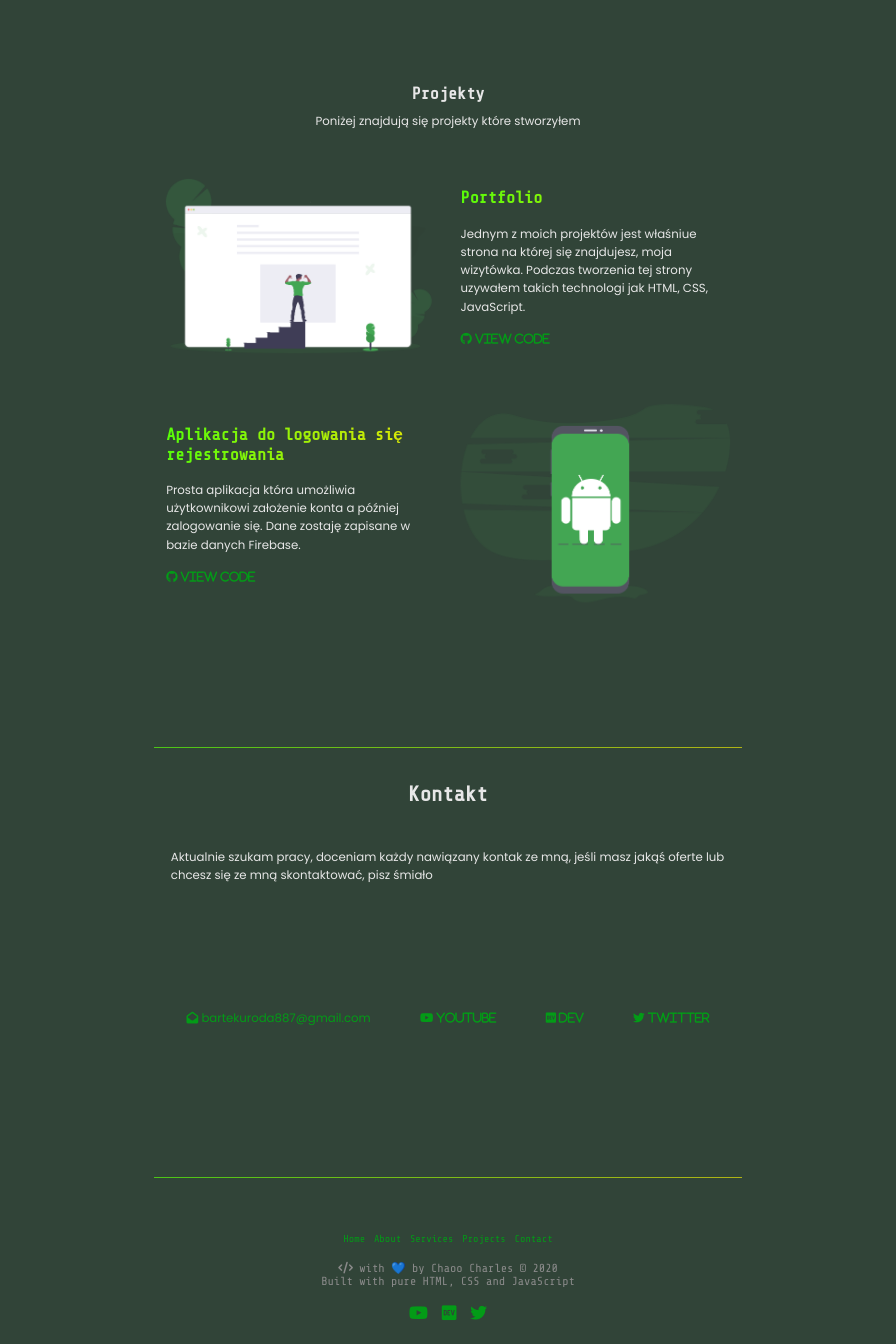
Repository: BartekUroda/portfolio
Page: index.html
These files come from the project's save history. The page is drawn as it stood at one moment and after the next save; the edit follows.
The browser window is 1280 px wide. The pictures show the part of the page from y = 2082 to 4002 px (the page is 4002 px tall), at 70% of full size.
Some web libraries are served in a nearby version.

Above is the page before, as saved 2020-10-27 22:19:02.

### index.html
<!DOCTYPE html>
<html lang="en">
<head>
    <meta charset="UTF-8">
    <meta name="viewport" content="width=device-width, initial-scale=1.0">
    <title>Portfolio | Bartek Uroda</title>
    <link rel="stylesheet" type="text/css" href="css/style.css">
    <link href="https://fonts.googleapis.com/css2?family=Poppins&sfamily=Share+Tech+Mono&display=swap" rel="stylesheet">
    <script src="https://kit.fontawesome.com/056e5c10dc.js" crossorigin="anonymous"></script>
    <link rel="shortcut icon" type="image/x-icon" href="images/favicon.ico" />
</head>
<body>
    <header>
        <div class="container">
            <nav>
                <div class="nav-brand">
                    <a href="index.html">
                        <img src="images/logo.png" alt="Uroda">
                    </a>
                </div>
                <div class="burger-menu-icon">
                    <div class="line1"></div>
                    <div class="line2"></div>
                    <div class="line3"></div>
                </div>
                <ul class="nav-list">
                    <li class="nav-item">
                      <a href="#landing-page">
                        <img
                          src="images/profile.jpeg"
                          alt="Bartek Uroda"
                          class="profile-pic nav-link"
                        >
                        <span class="caption nav-link">Bartek Uroda</span>
                      </a>
                    </li>
                    <li class="nav-item">
                      <a href="#about" class="nav-link">O mnie</a>
                    </li>
                    <li class="nav-item">
                      <a href="#services" class="nav-link">Usługi</a>
                    </li>
                    <li class="nav-item">
                      <a href="#projects" class="nav-link">Projekty</a>
                    </li>
                    <li class="nav-item">
                      <a href="#contact" class="nav-link">Kontakt</a>
                    </li>
                    <li class="nav-item">
                      <a href="https://www.facebook.com/bartlomiej.uroda.3" target="_blank" class="nav-link">
                        <i class="fab fa-facebook"></i>
                      </a>
                      <a href="https://github.com/Urodii" target="_blank" class="nav-link">
                        <i class="fab fa-github"></i>
                      </a>
                      <a href="https://www.youtube.com/channel/UCzT1h5RNvmbtrmKT5hPjyAg?view_as=subscriber" target="_blank" class="nav-link">
                        <i class="fab fa-youtube"></i>
                      </a>
                    </li>
                  </ul>
            </nav>
        </div>
    </header>
    <main>
      <section id="landing-page" class="landing-page">
        <div class="container">
          <div class="main-message">
            <h2>Barłomiej Uroda</h2>
            <h3>Junior Front-End Web Developer</h3>
            <p>Html - CSS - JavaScript - Java</p>
            <div class="intro-btn">
              <div class="cta">
                <a href="#contact" class="btn">Skontaktuj się ze mną!</a>
              </div>
              <div class="cta">
                <a href="#projects" class="btn">Moje Projekty</a>
              </div>
            </div>
            <div>
              <a href="#about" class="scroll-down">
                <i class="fa fa-chevron-down" aria-hidden="true"></i>
              </a>
            </div>
          </div>
        </div>
      </section>
      <section id="about" class="about">
        <div class="container">
          <div class="about-img">
            <img
              src="images/profile.jpeg"
              alt="Bartek Uroda"
              class="about-pic"
            />
          </div>
          <div class="about-text-box">
            <h2>Cześć,</h2>
            <h3>O mnie</h3>
            <p>
              Nazywam się Bartek mam 21 lat, aktulanie studiuje zaocznie informatykę
              na Wyższej Szkole Biznesu w Nowym Sączu, studia te rozpoczołem po roku studiowania
              na Politechnce Krakowskiej na kierunku Fizyki Technicznej, zaliczyłem pierwszy rok na PK
              i wziołem sobie tak zwany Gap Year, studia na Politechnice nie satysfakcjonowały
              mnie więc postanowiłem rozwijać się w kierunku programistycznym. Szybko się uczę a zdobywanie wiedzy sprawia mi przyjemność.
            </p>
            <h3>Umiejętności</h3>
            <p>
              Rozwijam się w takich technologiach jak: HTML, CSS, JavaScript, Java oraz C++,
              tworze reponsywne strony. Znam angielski na
              poziomie C1, uczę się również bezpieczeństwa aplikacji webowych.
              Programowanie to coś z czym chciałbym żeby wiązała się moja przyszłość.
            </p>
            <h3>Zainteresowania</h3>
            <p>
              Sporą część mojego wolnego czasy pochłania sport, lubie jazde na rowerze siłownie oraz klistenike.
              Często spędzam również czas na graniu w gry, głownie jest to Counter-Strike, interesuję się też ITSecurity
              i w wolnym czasie staram się rozwijać w tym kierunku. Lubie podróże a poznawanie nowych
              wartościowych ludzi daje mi sporą motywacje w życiu.
            </p>
          </div>
        </div>
        <hr/>
      </section>
      <section id="services" class="services">
        <div class="container">
          <div class="title-heading">
            <h2>Oferta</h2>
            <p>
              Stworzę dokładnie taką stronę lub aplikacje mobilną jak klient sobie zażyczy.
            </p>
          </div>
          <div class="service-tiers">
            <div class="tier-item">
              <i class="fa fa-code" aria-hidden="true"></i>
              <h2>Web Development</h2>
              <p>
                Modyfikacja istniejących stron internetowych,
                wizytówki internetowe,
                responsywne strony internetowe typu "One Page" oraz "Multi Page",
                blogi internetowe, proste aplikacje webowe
              </p>
            </div>
            <div class="tier-item">
              <i class="fa fa-file-code-o" aria-hidden="true"></i>
              <h2>Responsywne strony</h2>
              <p>
                Strony które tworze są rezponsywne i wyglądają dobrze na każdym urządzeniu,
                niezależlnie jest to komputer, tablet lub telefon.
              </p>
            </div>
            <div class="tier-item">
              <i class="fa fa-mobile" aria-hidden="true"></i>
              <h2>Tworzenie aplikacji na androida</h2>
              <p>
                Potrafię również tworzyć proste aplikacje za pomoca języka Java,
                aplikajce te działają na urządzeniach mobilnych z androidem.
              </p>
            </div>
          </div>
        </div>
        <hr />
      </section>
      <section id="projects" class="projects">
        <div class="title-heading">
          <h2>Projekty</h2>
          <p>Poniżej znajdują się projekty które stworzyłem</p>
        </div>
        <div class="project-item">
          <div class="project-img has-margin-right">
            <img src="images/portfolio.png" />
          </div>
          <div class="project-description">
            <h2>Portfolio</h2>
            <p>
              Jednym z moich projektów jest właśniue strona na której się znajdujesz, moja wizytówka.
              Podczas tworzenia tej strony uzywałem takich technologi jak HTML, CSS, JavaScript.
            </p>
            <a href="https://github.com/Urodii/portfolio" class="project-link" target="_blank"
              ><i class="fa fa-github" aria-hidden="true"> View Code</i></a
            >
          </div>
        </div>
        <div class="project-item">
          <div class="project-description has-margin-right">
            <h2>Aplikacja do logowania się rejestrowania</h2>
            <p>
              Prosta aplikacja która umożliwia użytkownikowi założenie konta a później
              zalogowanie się. Dane zostaję zapisane w bazie danych Firebase.
            </p>
            <a href="https://github.com/Urodii/Login_Register_apk" class="project-link" target="_blank"
              ><i class="fa fa-github" aria-hidden="true"> View Code</i></a
            >
          </div>
          <div class="project-img">
            <img src="images/android.png" />
          </div>
          <hr>
        <!-- </div>
        <div class="project-item">
          <div class="project-img has-margin-right">
            <img src="" />
          </div>
          <div class="project-description">
            <h2>kalkulator</h2>
            <p>
              Prosty kalkulator
            </p>
            <a href="#" class="project-link" target="_blank"
              ><i class="fa fa-github" aria-hidden="true"> View Code</i></a
            >
          </div>
        </div> -->
      </section>
      <section id="contact" class="contact">
        <hr>
        <h2>Kontakt</h2>
        <p>
          Aktualnie szukam pracy, doceniam każdy nawiązany kontak ze mną, jeśli masz
          jakąś oferte lub chcesz się ze mną skontaktować, pisz śmiało
        </p>
        <div class="container">
          <p>
            <a href="bartekuroda887@gmail.com"
              ><i class="fas fa-envelope-open"></i> bartekuroda887@gmail.com</a
            >
          </p>
          <p>
            <a href="#" target="_blank"
              ><i class="fab fa-youtube"> YouTube</i></a
            >
          </p>
          <p>
            <a href="#" target="_blank"><i class="fab fa-dev"> Dev</i></a>
          </p>
          <p>
            <a href="#" target="_blank"
              ><i class="fab fa-twitter"> Twitter</i></a
            >
          </p>
        </div>
        <hr />
      </section>
      <footer>
        <div class="footer-nav">
          <a href="#landing-page" class="footer-nav-link">Home</a>
          <a href="#about" class="footer-nav-link">About</a>
          <a href="#services" class="footer-nav-link">Services</a>
          <a href="projects" class="footer-nav-link">Projects</a>
          <a href="#contact" class="footer-nav-link">Contact</a>
        </div>
        <div class="footer-coded-by">
          <p>
            <i class="fas fa-code"></i> with 💙 by Chaoo Charles &copy; 2020
          </p>
          <p>Built with pure HTML, CSS and JavaScript</p>
        </div>
        <div class="footer-social">
          <a href="#" target="_blank"><i class="fab fa-youtube"></i></a>
          <a href="#" target="_blank"><i class="fab fa-dev"></i></a>
          <a href="#" target="_blank"><i class="fab fa-twitter"></i></a>
        </div>
      </footer>
    </main>
 <script type="text/javascript" src="js/main.js"></script>
</body>
</html>

### css/style.css
/* ----------GLOBAL STYLES---------- */
*,
*::before,
*::after {
  margin: 0;
  padding: 0;
  box-sizing: inherit;
}
html {
    font-family: "Share Tech Mono", monospace;
    font-size: 12px;
    box-sizing: border-box;
    scroll-behavior: smooth;
    color: #e7e7e7;
    background: rgb(49, 68, 56);
}

a {
    text-decoration: none;
    color: rgb(3, 155, 23);
}

a:hover {
    color: rgba(249, 105, 14, 1);
}

ul {
    list-style: none;
}

p {
    font-size: 1.4rem;
}

img {
    width: 100%;
    max-width: 100%;
    height: auto;
}
/* ----------HEADER---------- */
header {
    width: 100%;
    height: 5rem;
    position: absolute;
    top: 0;
    left: 0;
    z-index: 1;
}
.contenier {
    width: 100%;
    max-width: 90rem;
    margin: 0 auto;
    padding: 0 1.5rem;
}
.nav-brand {
    width: 8rem;
}
nav {
    width: 100%;
    display: flex;
    align-items: center;
    justify-content: space-between;
    padding: 1rem 0;
    border-bottom: 2px solid rgba(255, 255, 255, .2);
}
.line1 {
    width: 20px;
    height: 3px;
    margin: 5px 0;
    background: linear-gradient(
      135deg,
      rgb(27, 218, 10) 0%,
      rgb(255, 255, 255) 100%
    );
}
.line2 {
    width: 25px;
    height: 3px;
    background: linear-gradient(
      135deg,
      rgb(27, 218, 10) 0%,
      rgb(255, 255, 255) 100%
    );
}
.line3 {
    width: 30px;
    height: 3px;
    margin: 5px 0;
    background: linear-gradient(
      135deg,
      rgb(27, 218, 10) 0%,
      rgb(255, 255, 255) 100%
    );
}
.burger-menu-icon {
    cursor: pointer;
    z-index: 999;
    position: fixed;
    right: 0;
    top: 0;
    background-color: rgba(67, 145, 47, 0.815);
    padding: 1.2rem;
    border-radius: 0% 0% 0% 40%;
}
.profile-pic {
    height: 9rem;
    width: auto;
    border-radius: 50%;
    display: block;
    margin: 1.5rem 0;
}
.caption {
    display: block;
}
.nav-list {
    width: 24rem;
    height: 100vh;
    background-color:  rgb(69, 85, 75);
    position: fixed;
    top: 0;
    right: -26rem;
    display: flex;
    flex-direction: column;
    align-items: center;
    justify-self: start;
    z-index: 998;
    transition: all 650ms ease-in-out;
}
.nav-list.active {
    right: 0;
}
.nav-item {
    margin: 1.2rem 0;
}
.nav-link {
    opacity: 0;
    font-size: 1.3rem;
    text-transform: uppercase;
    color: #cecece;
    letter-spacing: 1.5px;
}
.nav-link:hover {
    color: rgb(62, 248, 15);
}
.toggle {
    background: none;
}
.toggle .line1 {
    transform: rotate(-45deg) translate(-5px, 6px) scalex(2);
}
.toggle .line2 {
    opacity: 0;
}
.toggle .line3 {
    width: 20px;
    transform: rotate(45deg) translate(-5px, -6px) scalex(2);
    margin-left: 0px;
}
@keyframes navLinkAnimate {
    from{
        opacity: 0;
        transform: translate(50px);
    }
    to{
        opacity: 1;
        transform: translate(0px);
    }
}
/* ----------MAIN---------- */
.landing-page{
    width: 100%;
    height: 100vh;
    background: linear-gradient(
        135deg,
        rgba(50, 58, 52, 0.9) 0%,
        rgba(44, 100, 65, 0.8) 100%
    ),
    url('../images/mainpage.png') center no-repeat;
    background-size: contain;
    position: relative;
}
.main-message {
    width: 100%;
    max-width: 58rem;
    text-transform: uppercase;
    position: absolute;
    left: 50%;
    top: 50%;
    transform: translate(-50%, -50%);
    text-align: center;
}
.main-message h2 {
    letter-spacing: 1.2rem;
    font-size: 2rem;
    font-weight: 400;
    overflow: hidden;
    white-space: nowrap;
    animation: typing 5s steps(33), blink 1s ease-in-out 7s infinite;
    width: 33ch;
    margin: auto;
    border-right: 4px solid rgba(255, 255, 255, 1);
}
@keyframes typing {
    75% {
      width: 0ch;
      color: rgb(178, 249, 14);
    }
    100% {
      width: 33ch;
    }
}
@keyframes blink {
    0% {
      border-right: 4px solid rgba(255, 255, 255, 0);
    }
    100% {
      border-right: 4px solid rgb(194, 194, 194);
    }
}
.main-message h3 {
    font-size: 4rem;
    margin: 1rem 0;
    color: rgba(249, 105, 14, 1);
    background: linear-gradient(
      to right,
      rgb(87, 253, 9) 0%,
      rgb(217, 240, 17) 100%
    );
    -webkit-background-clip: text;
    -webkit-text-fill-color: transparent;
}
.main-message p {
    text-transform: none;
    font-size: 1.7rem;
    font-weight: 400;
}
.intro-btn {
    display: flex;
    justify-content: center;
}
.btn {
    margin: 0 9px;
    background: rgba(3, 155, 155);
    border-radius: 2rem;
    color: #fafafa;
    padding: 1rem 2.5rem;
    display: inline-block;
    margin-top: 2rem;
    transition: background-color 650ms;
    font-weight: 500;
    letter-spacing: 2px;
}
.btn:hover {
    color: #fafafa;
    background-color: rgb(176, 189, 0);
}
.scroll-down i {
    color: #fafafa;
    transition: color 650ms;
    margin-top: 2rem;
    font-size: 3.5rem;
}
.scroll-down i:hover {
    color: rgb(176, 189, 0);
}
/* ----------ABOUT--------- */
.about {
    width: 100%;
    min-height: 100vh;
    max-width: 70rem;
    margin: auto;
}
.about .container {
    display: flex;
    align-items: center;
    min-height: 80vh;
  }
.about-img img {
    height: 12rem;
    width: auto;
    border-radius: 50%;
    margin: 2rem;
    box-shadow: 0 20px 30px 0 rgba(4, 236, 4, 0.397);
  }
.about-text-box {
    flex-grow: 1;
    flex-shrink: 1;
    flex-basis: 0;
}
.about-text-box h2 {
    font-size: 3rem;
    margin-bottom: 15px;
}
.about-text-box h3 {
    font-size: 2rem;
    margin-bottom: 10px;
}
.about-text-box p {
    font-family: "Poppins", sans-serif;
    font-size: 1.4rem;
    padding: 0;
    margin-bottom: 1.45rem;
}
hr {
    margin: 4rem 0;
    background: linear-gradient(
      to right,
      rgb(87, 253, 9) 0%,
      rgb(231, 228, 6) 100%
    );
    border: 0;
    height: 1px;
}
/* ----------SERVICE--------- */
.services {
    padding: 3rem 0;
    min-height: 100vh;
    max-width: 90rem;
    margin: auto;
}
.title-heading {
    text-align: center;
    margin-bottom: 5rem;
}
.title-heading h2 {
    font-size: 2rem;
    margin: 0.5rem 0 1rem 0;
}
.title-heading p {
    font-family: "Poppins", sans-serif;
    margin-bottom: 5rem;
}
.service-tiers {
    display: grid;
    grid-template-columns: repeat(auto-fit, minmax(25rem, 1fr));
    gap: 2.5rem;
}
.tier-item {
    height: 30rem;
    padding: 3rem;
    position: relative;
    display: flex;
    flex-direction: column;
    justify-content: center;
    cursor: default;
}
.tier-item i {
    font-size: 3.5rem;
}
.tier-item h2 {
    font-size: 2rem;
    margin: 2rem 0;
    background: linear-gradient(
      to right,
      rgb(87, 253, 9) 0%,
      rgb(231, 228, 6) 100%
    );
    -webkit-background-clip: text;
    -webkit-text-fill-color: transparent;
}
.tier-item p {
    font-family: "Poppins", sans-serif;
    font-size: 1.4rem;
}
/* ----------PROJECTS--------- */
.projects {
    padding: 3rem 0;
    min-height: 100vh;
    max-width: 70rem;
    margin: auto;
}
.has-margin-right {
    margin: 0 3rem 0 0;
}
.project-item {
    display: flex;
    align-items: center;
    justify-content: center;
    margin: 0 1.45rem 5rem 1.45rem;
}
.project-img {
    flex: 1;
}
.project-description {
    flex: 1;
}
.project-description h2 {
    font-size: 2rem;
    margin: 2rem 0;
    background: linear-gradient(
      to right,
      rgb(87, 253, 9) 0%,
      rgb(231, 228, 6) 100%
    );
    -webkit-background-clip: text;
    -webkit-text-fill-color: transparent;
}
.project-description p {
    font-family: "Poppins", sans-serif;
    font-size: 1.4rem;
}
.project-link:hover {
    color: rgb(231, 228, 6);
}
.project-link {
    display: inline-block;
    margin: 2rem 0;
    font-size: 1.4rem;
}
/* ----------CONTACT--------- */
.contact {
    width: 100%;
    min-height: 100vh;
    max-width: 70rem;
    margin: auto;
    padding-top: 5rem;
}
.contact h2 {
    text-align: center;
    font-size: 2.5rem;
    margin-bottom: 5rem;
}
.contact p {
    font-family: "Poppins", sans-serif;
    font-size: 1.4rem;
    padding: 0;
    margin: 0.9rem 2rem;
}
.contact .container {
    min-height: 50vh;
    display: flex;
    justify-content: space-evenly;
    align-items: center;
}
/* ----------FOOTER--------- */
footer {
    width: 100%;
    max-width: 70rem;
    margin: auto;
    padding: 2.5rem;
    color: #8a8a8a;
    text-align: center;
    font-size: 1.2rem;
    display: flex;
    justify-content: space-evenly;
    flex-direction: column;
}
footer a {
    margin: 0 0.2rem;
}
.footer-coded-by {
    margin: 2rem 0;
}
.footer-social a {
    margin: 0 0.5rem;
    font-size: 2rem;
}
/* ----------RESPONSIVE--------- */
@media (max-width: 767px) {
    .main-message h3 {
      font-size: 3rem;
    }
    .about .container {
      flex-direction: column;
    }
    p {
      font-size: 1.3rem;
    }
    .title-heading {
      margin: 0;
    }

    .services-tiers {
      gap: 0;
    }
    .project-item {
      flex-direction: column;
      align-items: flex-start;
      padding: 2rem;
      box-shadow: 0 20px 30px 0 rgba(212, 255, 255, 0.15);
    }
    .project-img {
      width: 20rem;
    }
}
@media (max-width: 640px) {
    .main-message {
      top: 55%;
    }
    .main-message h2 {
      letter-spacing: 1rem;
      font-size: 1.5rem;
      width: 29ch;
    }

    .main-message h3 {
      font-size: 2rem;
    }

    .main-message p {
      font-size: 1.3rem;
    }
    .btn {
      border-radius: 0.9rem;
      padding: 0.9rem 0.9rem;
    }
    .about-text-box h2 {
      font-size: 3rem;
      margin-bottom: 20px;
    }
    .about-text-box p {
      margin: 0 0 2.45rem;
    }

    .title-heading h2 {
      margin-bottom: 2rem;
    }
    .title-heading p {
      font-size: 1.3rem;
    }

    .contact .container {
      flex-direction: column;
    }

    footer,
    footer p {
      font-size: 1.2rem;
    }
}

### js/main.js
//navbar animation etc
const selectElement = (s) => document.querySelector(s);
const navLinks = document.querySelectorAll(".nav-link");

selectElement(".burger-menu-icon").addEventListener("click", () => {
    selectElement(".nav-list").classList.toggle("active");
    selectElement(".burger-menu-icon").classList.toggle("toggle")

    navLinks.forEach((link, index) => {
        if (link.style.animation){
            link.style.animation = ""
        }else{
            link.style.animation = `navLinkAnimate 0.5s ease forwards ${ index/7 + 0.5}s`
            console.log(index/7 + 0.5)
        }
    })
});
//navbar hiding after choose section
navLinks.forEach(link => {
    link.addEventListener("click", () => {
        selectElement(".nav-list").classList.toggle("active");
        selectElement(".burger-menu-icon").classList.toggle("toggle");

        navLinks.forEach((link, index) => {
            if (link.style.animation){
                link.style.animation = ""
            }else{
                link.style.animation = `navLinkAnimate 0.5s ease forwards ${ index/7 + 0.5}s`
                console.log(index/7 + 0.5)
            }
        })
    })
})

After the next save:
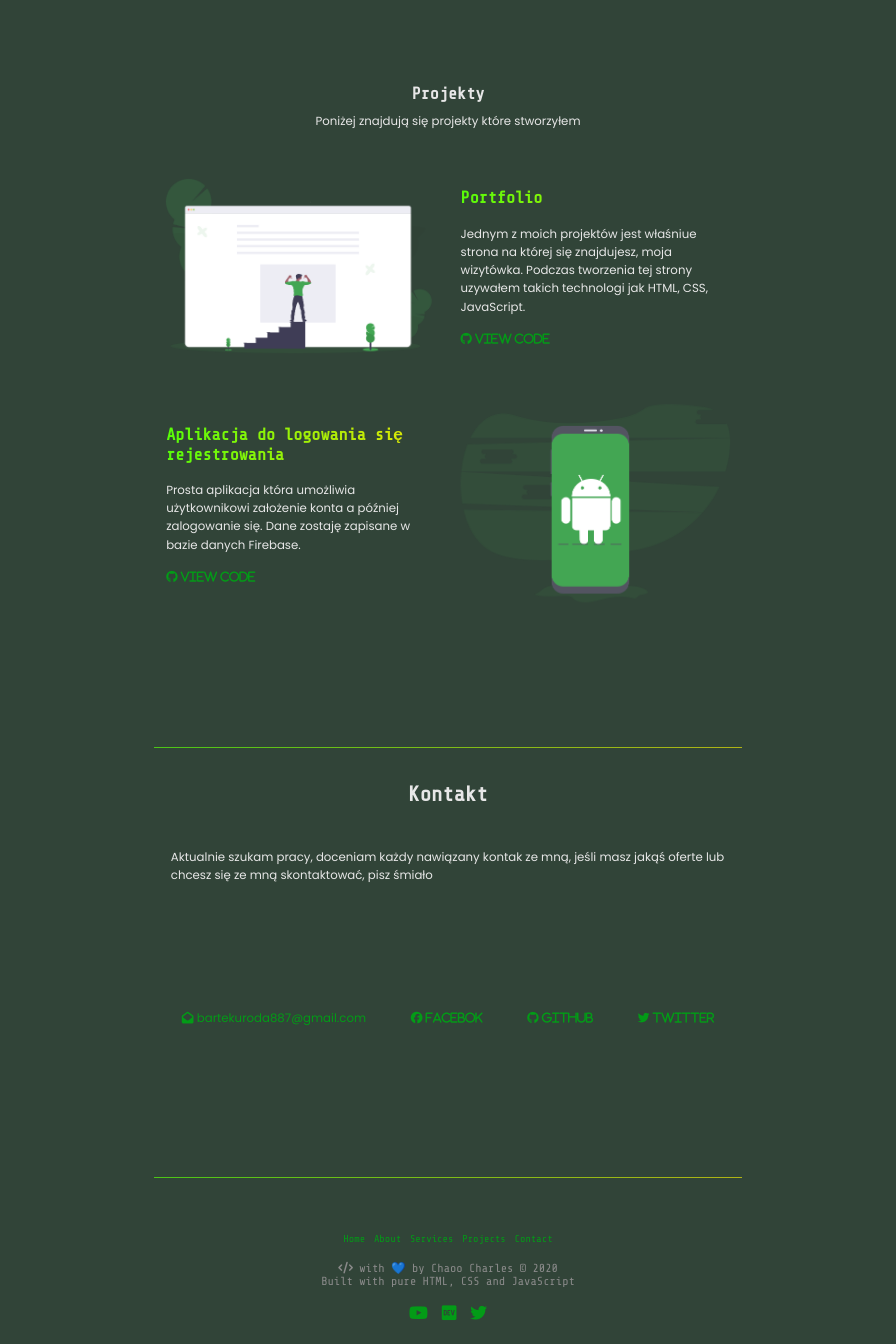
Saved 42 s later.
--- a/index.html
+++ b/index.html
@@ -226,11 +226,11 @@
           </p>
           <p>
             <a href="#" target="_blank"
-              ><i class="fab fa-youtube"> YouTube</i></a
-            >
-          </p>
-          <p>
-            <a href="#" target="_blank"><i class="fab fa-dev"> Dev</i></a>
+              ><i class="fab fa-facebook"> Facebok</i></a
+            >
+          </p>
+          <p>
+            <a href="#" target="_blank"><i class="fab fa-github"> GitHub</i></a>
           </p>
           <p>
             <a href="#" target="_blank"
